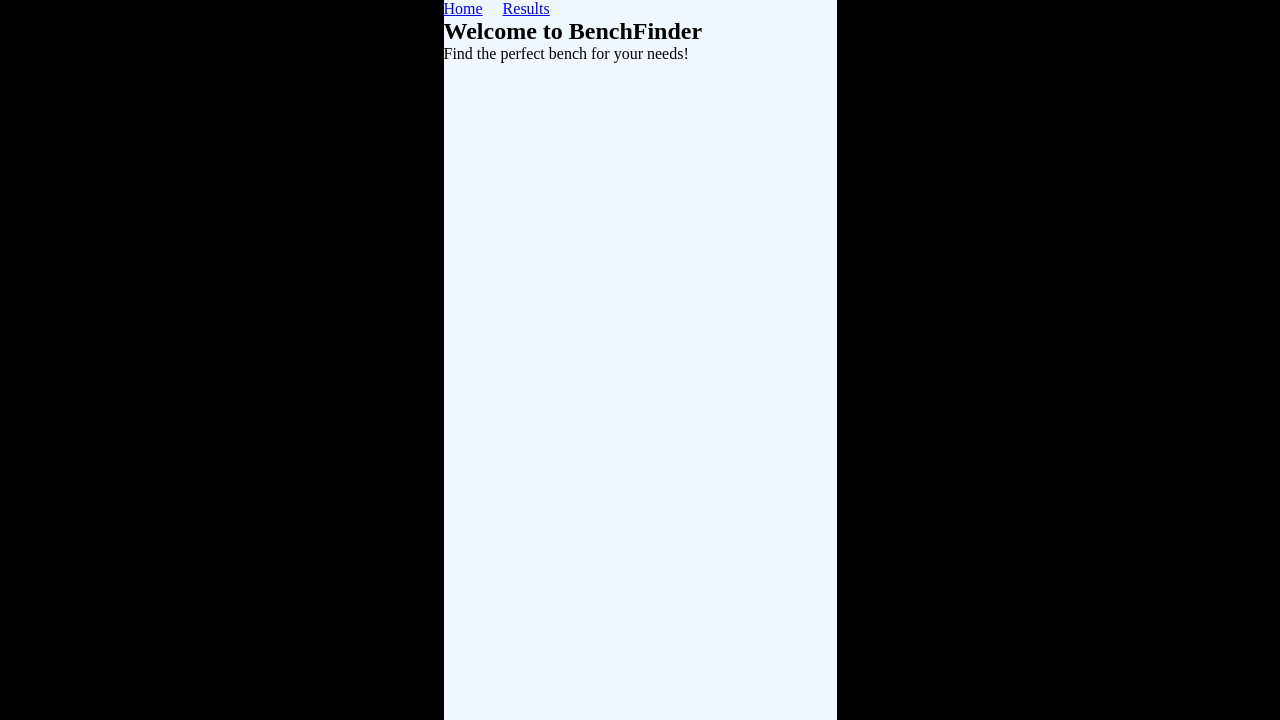
Repository: HidayatPatil/BenchFinder
Page: /
The author's editor kept a copy of each file at every save. The page is drawn from the files as they stood at one save, then again after the next save.
The browser window is 1280 px wide. The pictures show the whole page.
The project was rebuilt for these pictures with package versions that can differ from the ones it lists, and the page was loaded fresh each time. Also part of the build but not shown: vite.config.js, src/Results.jsx.

Above is the page before, as saved 2025-10-09 18:15:58.

After the next save:
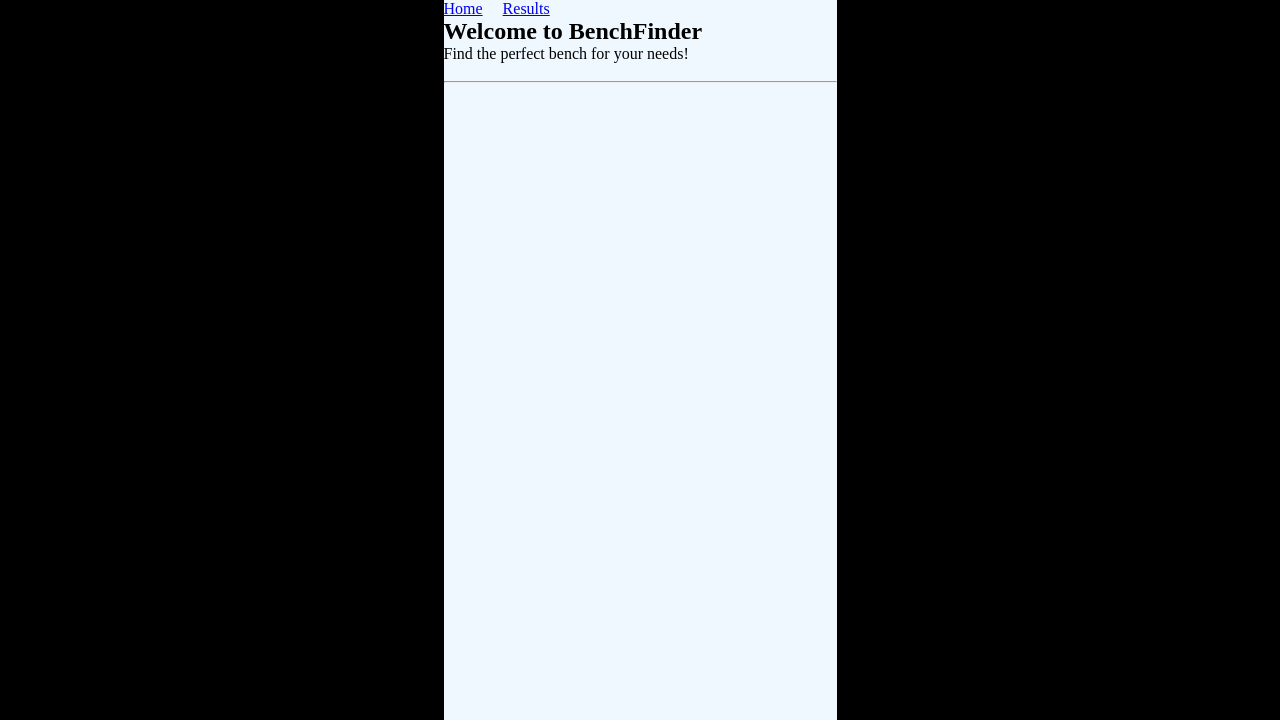
Saved 95 s later.
--- a/src/components/contentDrawer.jsx
+++ b/src/components/contentDrawer.jsx
@@ -2,7 +2,9 @@ export default function ContentDrawer(){
     return(
         <div className="drawer_container">
             <div className="drawer_handle"></div>
-            <div></div>
+            <div className="bench_data"></div>
+            <hr />
+            <div className="bench_photos"></div>
         </div>
     )
 }
